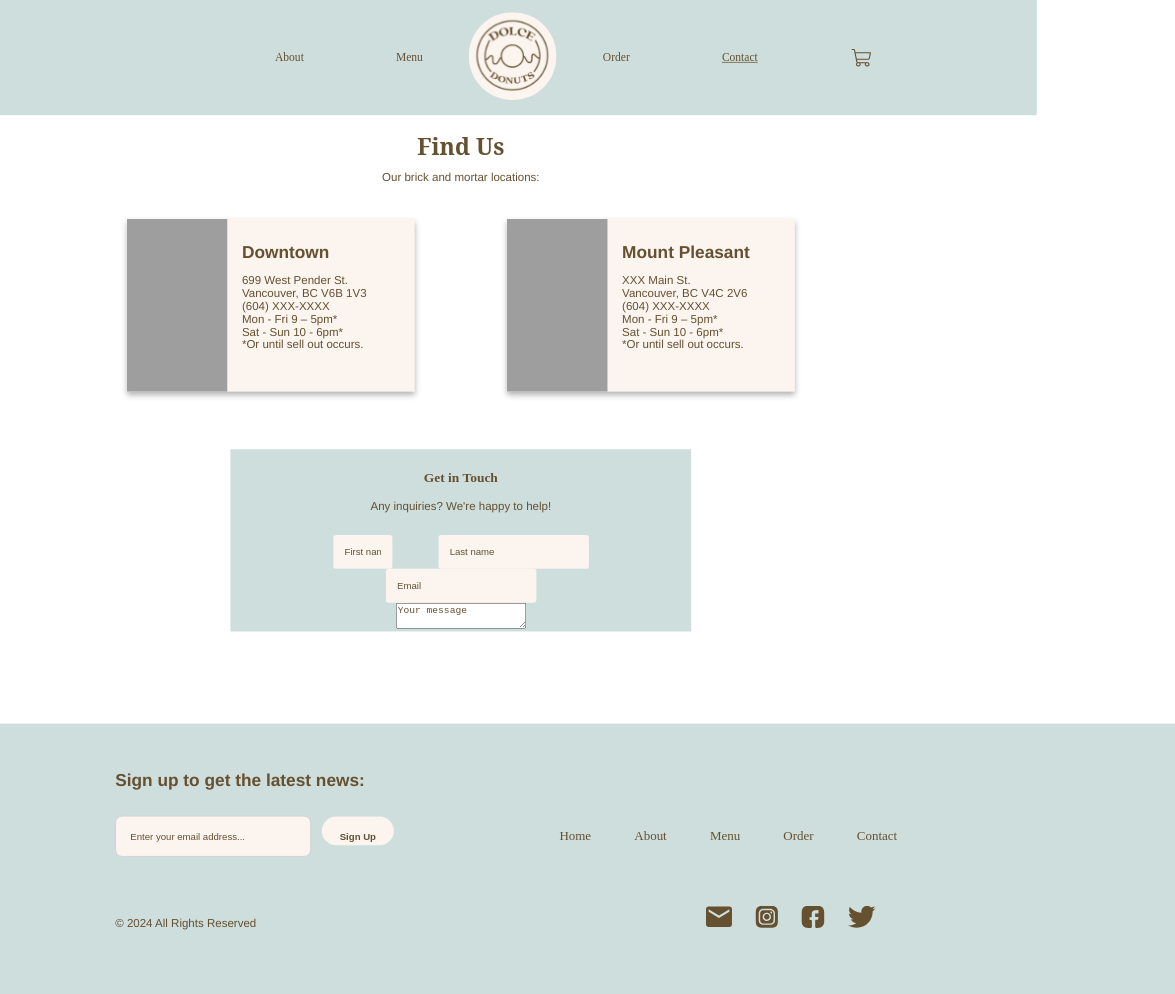
Repository: Crystalhtc/dolcedonuts
Page: /contact
An editor plug-in stored every save of this project. The page is shown before and after a run of saves, followed by the edit.
The browser window is 1280 px wide. The page is 1632 px wide, so the pictures cover 1632 px, including what lies to the right of the window. The pictures show the whole page, at 72% of full size.
Pictures or frames that could not be fetched are drawn as grey boxes. The project was rebuilt for these pictures with package versions that can differ from the ones it lists, and the page was loaded fresh each time. Also part of the build but not shown: vite.config.js, src/pages/Home.module.css, src/pages/Home.jsx, src/components/ProductCard/ProductCard.jsx, src/Data/products.js, src/pages/Order.css, src/pages/Menu.jsx, src/pages/Order.jsx and 13 more.

Above is the page before, as saved 2024-10-20 15:24:34.

### src/App.jsx
import React from 'react';
import "./App.css";
import { BrowserRouter as Router, Route, Routes } from 'react-router-dom';
import Header from './components/Header/Header';
import Footer from './components/Footer/Footer';
import Home from './pages/Home';
import Menu from './pages/menu';
import Order from './pages/order';
import Contact from './pages/Contact';
import About from './pages/About';
import Checkout from './pages/Checkout';
import Cart from './pages/Cart';
import ProductDetails from './pages/ProductDetails';
import PaymentReview from './pages/PaymentReview';

function App() {

  return (
    <Router>
      <Header />
      <Routes>
        <Route path="/" element={<Home />} />
        <Route path="/about" element={<About />} />
        <Route path="/menu" element={<Menu />} />
        <Route path="/order" element={<Order />} />
        {/* <Route path="/productdetails/:id" element={<ProductDetails />} /> */}
        <Route path="/productdetails" element={<ProductDetails />} />
        <Route path="/contact" element={<Contact />} />
        <Route path="/cart" element={<Cart />} />
        <Route path="/checkout" element={<Checkout />} />
        <Route path="/paymentreview" element={<PaymentReview />} />
      </Routes>
      <Footer />
    </Router>
  );
}

export default App;

### src/App.css
@import url('https://fonts.googleapis.com/css2?family=Arimo:ital,wght@0,400..700;1,400..700&display=swap');
@import url('https://fonts.googleapis.com/css2?family=Noto+Serif:ital,wght@0,100..900;1,100..900&display=swap');

:root {
    --mint: #CEDEDC;
    --cream: #FBF4EF;
    --pink: #F5CCD6;
    --dark-pink: #E3BBC5;
    --brown: #655030;
    --dark-brown: #4C3B22;
}
body {
    margin: 0 auto;
}
/* font */
/* heading, button */
h1 {
    font-family: "Noto Serif", serif;
    color: #655030;
    font-size: 28pt;
}
/* subheading */
h2 {
    font-size: 24pt;
    font-family: 'Arimo', sans-serif;
    color: #655030;
}
/* paragraph */
p {
    font-family: 'Arimo', sans-serif;
    color: #655030;
}

.container {
    max-width: 1440px;
    margin: 0 auto;
    height: auto;
    /* padding: 20px;  */
}

### src/components/Header/Header.jsx
import { NavLink } from 'react-router-dom';
import styles from './Header.module.css';
import logo from '../../assets/logo.svg';
import cartIcon from '../../assets/cart-icon.svg';

export default function Header() {
  return (
    <nav className={styles.nav}>
      <ul className={styles.navList}>
        <li className={styles.navItem}>
          <NavLink to="/about" className={({ isActive }) => (isActive ? styles.activeLink : undefined)}>About</NavLink>
        </li>
        <li className={styles.navItem}>
          <NavLink to="/menu" className={({ isActive }) => (isActive ? styles.activeLink : undefined)}>Menu</NavLink>
        </li>
        <li className={styles.logoContainer}>
          <NavLink to="/">
            <img src={logo} alt="Logo" className={styles.logo} />
          </NavLink>
        </li>
        <li className={styles.navItem}>
          <NavLink to="/order" className={({ isActive }) => (isActive ? styles.activeLink : undefined)}>Order</NavLink>
        </li>
        <li className={styles.navItem}>
          <NavLink to="/contact" className={({ isActive }) => (isActive ? styles.activeLink : undefined)}>Contact</NavLink>
        </li>
        <li className={styles.navItem}>
          <NavLink to="/cart" className={({ isActive }) => (isActive ? styles.activeLink : undefined)}>
            <img src={cartIcon} alt="Cart" className={styles.cartIcon} />
          </NavLink>
        </li>
      </ul>
    </nav>
  );
}

### src/components/Footer/Footer.jsx
import React from 'react';
import styles from './Footer.module.css';
import socialMediaIcons from '../../assets/social-media-icons.svg';

const Footer = () => {
    return (
        <footer className={styles.footer}> {/* Use styles for className */}
            <h2 className={styles.signUpMessage}>Sign up to get the latest news:</h2>

            <div className={styles.topContainer}>
                <div className={styles.newsletterSignup}> {/* Use styles for className */}
                    <input type="email" placeholder="Enter your email address..." />
                       <button className={styles.signupButton}>Sign Up</button> {/* Use styles for className */}
                </div>

                 <div className={styles.footerLinks}>
                     <ul className={styles.linkList}>
                        <li><a href="/">Home</a></li>
                        <li><a href="/about">About</a></li>
                        <li><a href="/menu">Menu</a></li>
                        <li><a href="/order">Order</a></li>
                        <li><a href="/contact">Contact</a></li>
                    </ul>
                </div>
            </div>

            <div className={styles.footerBottomContainer}>
                <p>© 2024 All Rights Reserved</p>
                <div className={styles.socialMedia}> {/* Use styles for className */}
                    <img src={socialMediaIcons} alt="Social Media Icons" />
                </div>
            </div>
        </footer>
    );
};

export default Footer;

### src/pages/Contact.jsx
import styles from './Contact.module.css';
import Form from '../components/ContactUsForm/ContactForm';

export default function Contact() {
    return(
        <div className={styles.contactUsContainer}>
            <h1 className={styles.contactUsH1}>Find Us</h1>
            <p>Our brick and mortar locations:</p>
                <div className={styles.contactUsCardContainer}>
                    <div className={styles.contactUsCard}>
                        <div className={styles.locationOne}>
                            <img src="https://images.unsplash.com/photo-1574033566548-f6c3f48cc11e?q=80&w=2160&auto=format&fit=crop&ixlib=rb-4.0.3&ixid=M3wxMjA3fDB8MHxwaG90by1wYWdlfHx8fGVufDB8fHx8fA%3D%3D"
                            alt="cafe table 1"
                            width={140}
                            height={240}
                            className={styles.contactUsImg}
                            />
                            <div>
                                <h2 className={styles.contactUsText}>Downtown</h2>
                                    <p className={styles.contactUsText}> 699 West Pender St.
                                    <br/>
                                    Vancouver, BC V6B 1V3
                                    <br/>
                                    (604) XXX-XXXX
                                    <br/>
                                    Mon - Fri  9 – 5pm*
                                    <br/>
                                    Sat - Sun 10 - 6pm*
                                    <br/>
                                    *Or until sell out occurs.
                                    </p>
                            </div>

                        </div>
                    </div>

                    <div className={styles.contactUsCard}>
                        <div className={styles.locationOne}>
                            <img src="https://images.unsplash.com/photo-1613274554329-70f997f5789f?q=80&w=2574&auto=format&fit=crop&ixlib=rb-4.0.3&ixid=M3wxMjA3fDB8MHxwaG90by1wYWdlfHx8fGVufDB8fHx8fA%3D%3D"
                            alt="cafe table 2"
                            width={140}
                            height={240}
                            className={styles.contactUsImg}
                            />
                            <div>
                                <h2 className={styles.contactUsText}>Mount Pleasant</h2>
                                    <p className={styles.contactUsText}> XXX Main St.
                                    <br/>
                                    Vancouver, BC V4C 2V6
                                    <br/>
                                    (604) XXX-XXXX
                                    <br/>
                                    Mon - Fri  9 – 5pm*
                                    <br/>
                                    Sat - Sun 10 - 6pm*
                                    <br/>
                                    *Or until sell out occurs.
                                    </p>
                            </div>
                        </div>
                    </div>
                </div>
            <Form/>
        </div>
    )
}

### src/components/Header/Header.module.css
.nav {
    width: 1440px;
    height: 160px;
    background-color: var(--mint);
    display: flex;
    justify-content: center;
    flex-shrink: 0;
    margin: auto;
}

.navList {
    list-style-type: none;
    display: flex;
    justify-content: center;
    align-items: center;
    margin: 0;
    padding: 0;
    width: 100%;

    margin-left: 11%;
}

.navItem {
    margin: 0 4rem;
}

.navItem a {
    text-decoration: none;
    color: var(--brown);
}

.logoContainer {
    flex: 0 0 auto;
}

.logo {
    width: 122px;
    height: 122px;
    object-fit: contain;
}

.cartIcon {
    width: 36px;
    height: auto;
}

.navItem .activeLink {
    text-decoration: underline;
    color: var(--brown);
}

### src/components/Footer/Footer.module.css
.footer {
    width: 1440px;
    height: 312px;
    background-color: var(--mint);
    padding: 2rem;
    color: var(--brown);
    padding-left: 10rem;
    flex-shrink: 0;
    margin: auto;
}

.topContainer {
    display: flex;
    align-items: center;
    gap: 10rem;
}

.footerBottomContainer {
    display: flex;
    margin-top: 3rem;
    gap: 39rem;
}

.newsletterSignup input {
    padding: 20px;
    width: 230px;
    border: 1px solid #ccc;
    background-color: var(--cream);
    border-radius: 10px;
}

.signupButton {
    width: 100px;
    padding: 20px;
    margin-left: 15px;
    background-color: var(--cream);
    color: var(--brown);
    font-weight: bold;
    border: none;
    border-radius: 20px;
}

.footerLinks {
    margin: 20px 0;
    display: flex;
    font-size: large;
}

.linkList a {
    color: var(--brown);
    list-style-type: none;
    text-decoration: none;
}

.linkList li {
    text-decoration: none;
    display: inline;
    margin: 0 30px;
}

.socialMedia img {
    width: 250px;
    height: auto;
}

### src/pages/Contact.module.css
.contactUsContainer {
    text-align: center;
}

.contactUsH1 {
    margin-bottom: -2px;
}

.contactUsCardContainer {
    display: flex;
    gap: 10%;
    justify-content: center;
    margin-top: 3rem;
}

.locationOne {
    display: flex;
}

.contactUsText {
    text-align: left;
    padding-left: 20px;
}

.contactUsCard {
    background-color: var(--cream);
    width: 400px;
    box-shadow: 0 4px 8px rgba(0, 0, 0, 0.3);
    margin-bottom: 5rem;
}

### src/components/ContactUsForm/ContactForm.jsx
import { useState } from "react";
import styles from './ContactForm.module.css';

export default function Form() {
    const [firstName, setFirst] = useState('');
    const [lastName, setLast] = useState('');
    const [submitted, setSubmitted] = useState(false);

    const handleSubmission = async (e) => {
        e.preventDefault();
        console.log('Thank you for your inquiry!');
        setSubmitted(true);
    };

    return (
        <>
            {submitted ? (
                <div className={styles.successfulMessage}>
                    <h2>Thank you for your inquiry!</h2>
                    <p>You will hear from us within 14 business days.</p>
                </div>
            ) : (
                <form onSubmit={handleSubmission} className={styles.formContainer}>
                    <div className={styles.nameContainer}>
                        <h3>Get in Touch</h3>
                        <p>Any inquiries? We're happy to help!</p>
                        <div className={styles.nameFieldContainer}>
                            <div className={styles.nameField}>
                                <input
                                    className={styles.inputWidth}
                                    name="firstName"
                                    placeholder="First name"
                                    type="text"
                                    value={firstName}
                                    onChange={(e) => setFirst(e.target.value)}
                                    required
                                />
                            </div>
                            <div className={styles.nameField}>
                                <input
                                    name="lastName"
                                    placeholder="Last name"
                                    type="text"
                                    value={lastName}
                                    onChange={(e) => setLast(e.target.value)}
                                    required
                                />
                            </div>
                        </div>
                        <div className={styles.formPlaceholders}>
                            <input type="email" name="email" placeholder="Email"/>
                        </div>

                        <div className={styles.formPlaceholders}>
                            <textarea name="message" placeholder="Your message"></textarea>
                        </div>
                    </div>

                </form>
            )}
        </>
    );
}

{/* <div className={styles.contactFormContainer}>
            <h2>Get in touch</h2>
            <p>Any inquiries? We're happy to help.</p>
            <form className={styles.form}>
                <div className={styles.formPlaceholdersName}>
                    <input type="text" name="firstName" placeholder="First name"/>
                    <br/>
                    <input type="text" name="lastName" placeholder="Last name"/>
                </div>

                <div className={styles.formPlaceholders}>

                </div>

                <div className={styles.formPlaceholders}>
                    <input type="email" name="email" placeholder="Email"/>
                </div>

                <div className={styles.formPlaceholders}>
                    <textarea name="message" placeholder="Your message"></textarea>
                </div>
            </form>
        </div> */}

### src/pages/Checkout.module.css
.checkoutContainer {
    display: flex;
    align-items: center;
    justify-content: center;
}

input {
    background-color: var(--cream);
    border: none;
    padding: 1rem;
    border-radius: 4px;
}

.contactInputs {
    display: flex;
    flex-direction: column;
}

.checkoutContainer {
    display: flex;
    justify-content: space-between;
    align-items: start;
    padding: 2rem;
    max-width: 1200px;
    margin: 0 auto;
    gap: 3rem;
}

.leftColumn {
    flex: 2;
}

.rightColumn {
    flex: 1;
    padding: 2rem;
    height: fit-content;
    border-left: 1px solid var(--brown);
}

::placeholder {
    color: var(--brown);
}

h3 {
    color: var(--brown);
}

/* Contact Section */
.contactInputs {
    display: flex;
    flex-direction: column;
    gap: 1rem;
}

/* Delivery Section */
.deliveryOptions {
    display: flex;
    flex-direction: column;
    align-items: center;
}

.deliveryToggle {
    display: flex;
    align-items: center;
    gap: 1rem;
    margin: 1rem 0;
    background-color: var(--cream);
    border-radius: 10px;
    padding: 0.5rem;
    width: 60%;
}

/* Delivery Toggle Buttons */
.deliveryToggle {
    display: flex;
    gap: 1rem; /* Space between buttons */
}

.deliveryToggle button {
    padding: 0.75rem 1rem;
    border: none;
    border-radius: 20px;
    cursor: pointer;
    flex: 1;
    transition: background-color 0.3s ease; /* Smooth transition */
}

/* Default styles */
.pickupButton {
    background-color: transparent; /* Inactive state */
    color: var(--brown); /* Text color */
}

.deliveryButton {
    background-color: transparent; /* Inactive state */
    color: var(--brown); /* Text color */
}

/* Active styles */
.pickupButton.active,
.deliveryButton.active {
    background-color: var(--mint); /* Active button color */
}

/* Hover state */
.deliveryToggle button:hover {
    background-color: pink; /* Hover state */
}

/* Optional: Set a specific color for inactive buttons' text */
.deliveryToggle button:not(.active) {
    color: var(--brown); /* Change to desired inactive text color */
}

.addresses {
    display: flex;
    flex-direction: column;
    gap: 1rem;
}

.downtown, .mountPleasant {
    background-color: var(--cream);
    border-radius: 10px;
    padding: 1rem;
    display: flex;
    gap: 1rem;
    align-items: start;
}


/* Payment Section */
.paymentContainer {
    margin: 1rem 0;
}

.creditCardTitle {
    background: var(--mint);
    padding: 0.5rem 1rem;
    margin-bottom: 1rem;
}

.paymentInputs {
    display: flex;
    flex-direction: column;
    gap: 1rem;
}

.fullWidthInput input {
    width: 100%;
}

.halfWidthInput {
    display: flex;
    justify-content: space-between;
}

.firstHalfInput {
    width: 100%;
}

.secondHalfInput {
    width: 100%;
    display: flex;
    justify-content: end;
}

.firstHalfInput input {
    width: 90%;
}

.secondHalfInput input {
    width: 90%;
}

.halfWidthInputField input {
    width: 50%
}

.paymentInputs > div {
    display: flex;
    gap: 1rem;
}

/* Right Column Styling */
.checkoutProducts {
    display: flex;
    flex-direction: column;
    gap: 1rem;
    margin-bottom: 2rem;
}

.discountCode {
    display: flex;
    gap: 1rem;
    margin-bottom: 2rem;
    height: 3rem;
}

.discountInput {
    flex: 1;
    background: none;
    border: 2px solid var(--mint);
}

.discountButton {
    height: 3rem;
    padding: 0 1.5rem;
    background: none;
    border: none;
    border-radius: 10px;
    cursor: pointer;
    background: var(--cream);
}

.discountButton:hover {
    background: var(--brown);
    color: var(--cream);
}

.price {
    display: flex;
    flex-direction: column;
    margin-bottom: 2rem;
}

.subtotal, .tax, .total {
    display: flex;
    justify-content: space-between;
    align-items: center;
}

.total {
    font-weight: bold;
    font-size: 1.2rem;
    border-top: 1px solid #ccc;
    padding-top: 1rem;
}

/* Section Headers */
h1 {
    margin-bottom: 2rem;
    font-size: 2rem;
}

h2 {
    margin: 2rem 0 1rem 0;
    font-size: 1.5rem;
}

/* Responsive Design */
@media (max-width: 768px) {
    .checkoutContainer {
        flex-direction: column;
        padding: 1rem;
    }

    .rightColumn {
        width: 100%;
    }

    .paymentInputs > div,
    .addressInputs > div {
        flex-direction: column;
    }
}

### src/pages/PaymentReview.module.css

.reviewContainer > h1 {
    margin: 2rem auto;
    text-align: center;
    color: var(--brown);
}

.orderReview {
    display: flex;
    justify-content: space-between;
    align-items: start;
    width: 100%;
    gap: 2rem;
}

.orderDetails {
    flex: 2;
    margin-left: 2rem;
}

.orderSummary {
    flex: 1;
    padding: 2rem;
    height: fit-content;
    border-left: 1px solid var(--brown);
}

.orderTable {
    border-collapse: collapse;
    background: var(--cream);
}

.orderTable tr {
    border: 1px solid var(--brown);
}

.orderTable td {
    padding: 1rem;
    color: var(--brown);
}

.orderTable td:first-child {
    font-weight: bold;
    width: 30%;
}

.productList {
    display: flex;
    flex-direction: column;
    gap: 1rem;
    margin-bottom: 2rem;
}

.productCard {
    display: flex;
    gap: 1rem;
    padding: 1rem;
    border: 1px solid var(--brown);
    background-color: var(--cream);
    align-items: start;
    justify-content: start;
}

.productImage {
    width: 80px;
    height: 80px;
    background-color: #f0f0f0;
    border-radius: 4px;
}

.productInfo {
    flex: 1;
    color: var(--brown);
}

.productName {
    font-size: 1.2rem;
    font-weight: bold;
    color: var(--brown);
}

.productPrice {
    color: var(--brown);
    font-weight: bold;
}

.priceSummary {
    display: flex;
    flex-direction: column;
    margin-bottom: 2rem;
}

.subtotal, .tax, .total {
    display: flex;
    justify-content: space-between;
    align-items: center;
    color: var(--brown);
}

.total {
    font-weight: bold;
    font-size: 1.2rem;
    border-top: 1px solid var(--brown);
    padding-top: 1rem;
}

.continueButtonContainer {
    width: 100%;
    display: flex;
    justify-content: center;
    margin-top: 2rem;
}

.continueButton {
    width: 50%;
}

/* Section Headers */
h1 {
    margin-bottom: 2rem;
    font-size: 2rem;
    color: var(--brown);
}

/* Responsive Design */
@media (max-width: 768px) {
    .reviewContainer {
        padding: 1rem;
    }

    .orderSummary {
        width: 100%;
        border-left: none;
        border-top: 1px solid var(--brown);
        padding-top: 2rem;
    }

    .continueButton button {
        width: 100%;
    }

    .orderTable td {
        display: block;
        width: 100%;
    }

    .orderTable td:first-child {
        width: 100%;
        padding-bottom: 0;
    }
}

### src/components/ProductCard/ProductCard.module.css
.container {
    width: 340px;
    height: 530px;
    border-radius: 8px;
    padding: 18px 8px;
    box-shadow: 0px 4px 4px 0px rgba(0, 0, 0, 0.25);
    display: flex;
    flex-direction: column;
    align-items: center;
}
.priceAndButton {
    display: flex;
    flex-direction: row;
    align-items: center;
    gap: 10em;
}
button {
    width: 95px;
    height: 36px;
    border-radius: 8px;
    border: none;
    color: var(--brown);
    background: var(--Cream, #FBF4EF);
}
button h2 {
    margin: 0;
}

### src/components/ContactUsForm/ContactForm.module.css
.form {
    justify-content: left;
    text-align: left;
}
.formPlaceholdersName {
    display: flex;
}

.contactFormContainer {
    text-align: center;
}

.nameFieldContainer {
    display: flex;
    justify-content: center;
    gap: 10%;
    padding-top: 15px;
}

.inputWidth{
    width: 50px;
}

form {
    background-color: var(--mint);
    margin-left: 25%;
    margin-right: 25%;
    margin-bottom: 10%;
    padding-top: 10px;
}

Loaded but not shown: index.html (common file); src/main.jsx (common file)

After the next 2 saves:
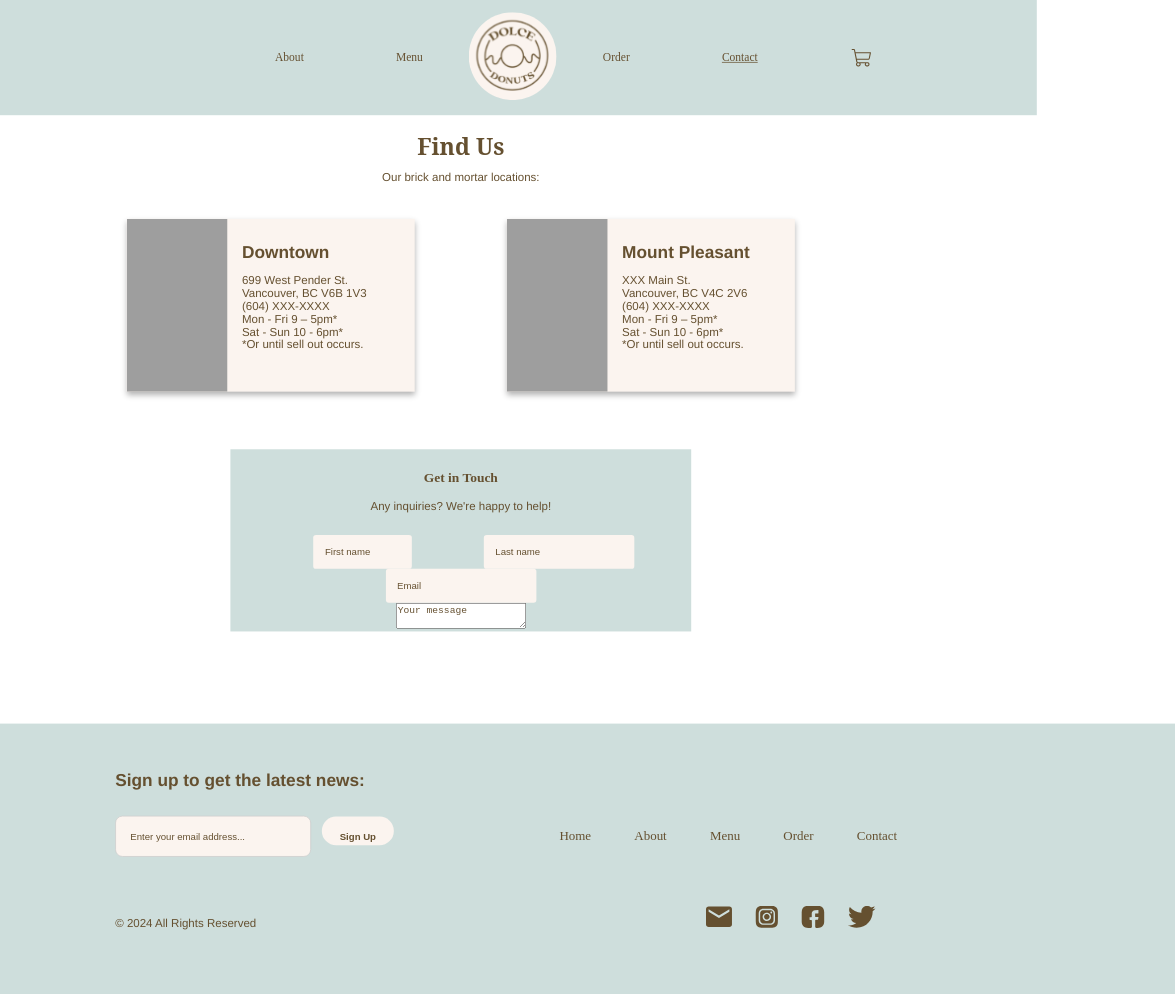
The 2 saves are shown as one change because they came seconds apart.
The last was saved 6 s later.
--- a/src/components/ContactUsForm/ContactForm.module.css
+++ b/src/components/ContactUsForm/ContactForm.module.css
@@ -18,7 +18,7 @@
 }
 
 .inputWidth{
-    width: 50px;
+    width: 50%;
 }
 
 form {
